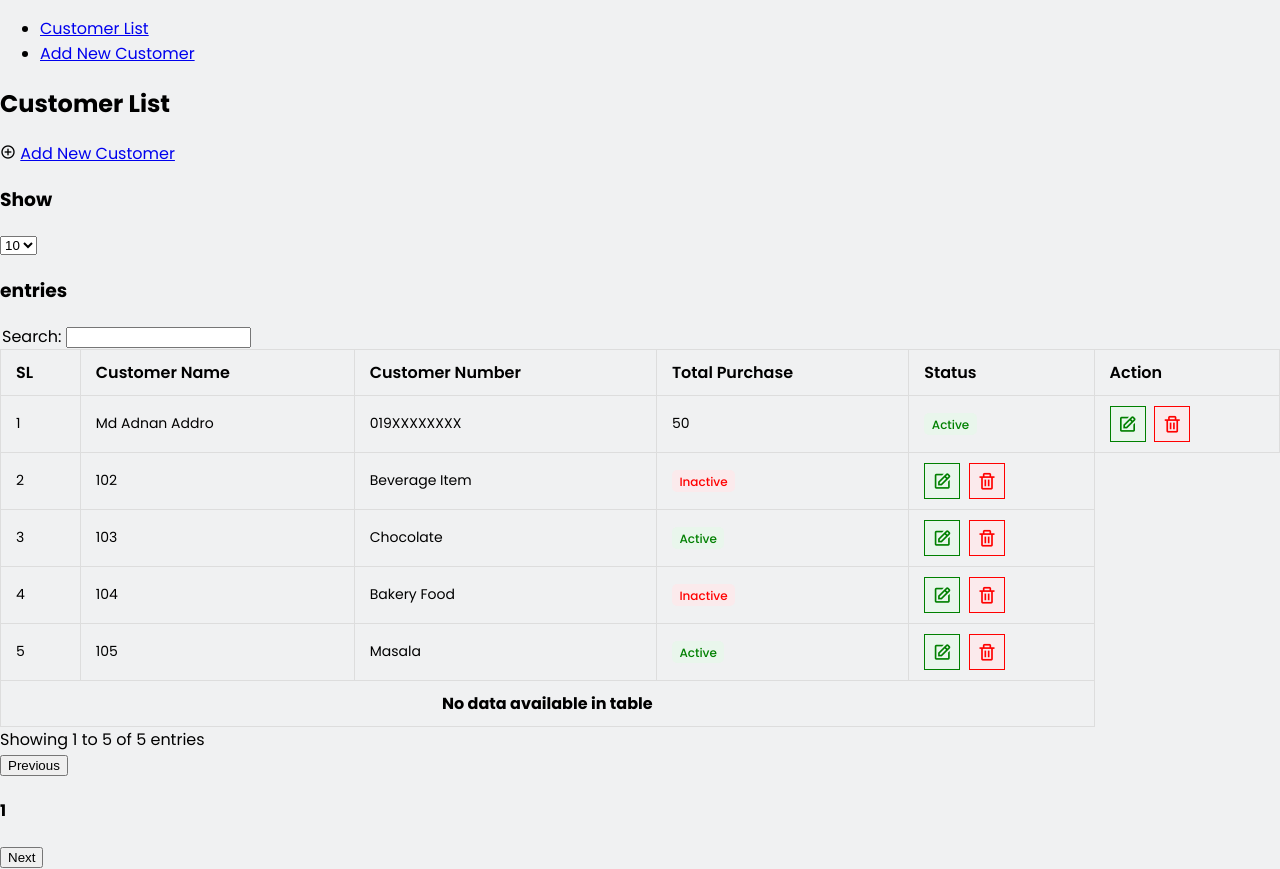
Repository: codebyaddro/customer-page
Page: customer.html
The author's editor kept a copy of each file at every save. The page is drawn from the files as they stood at one save, then again after a run of saves.
The browser window is 1280 px wide. The pictures show the whole page.

Above is the page before, as saved 2025-02-20 13:58:16.

After the next 4 saves:
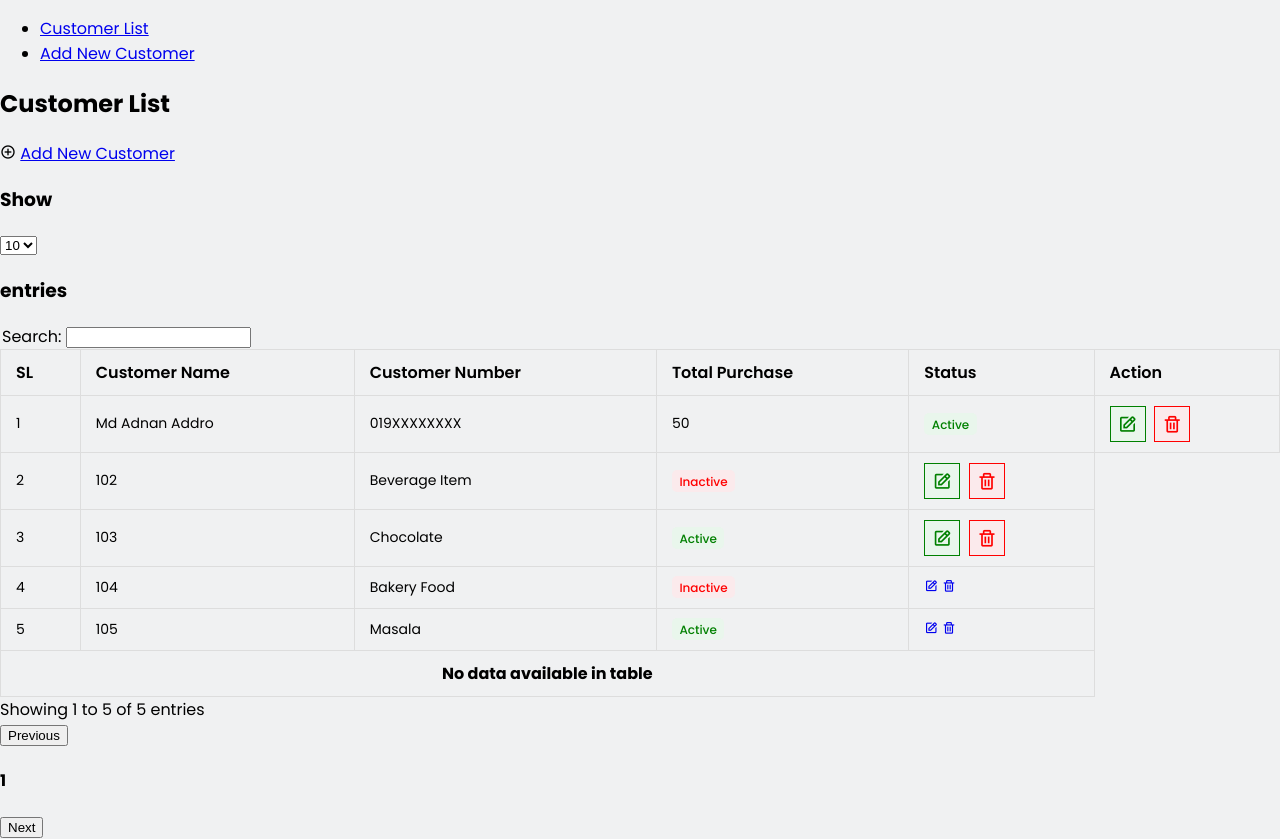
The 4 saves are shown as one change because they came seconds apart.
The last was saved 31 s later.
--- a/customer.html
+++ b/customer.html
@@ -92,8 +92,8 @@
                             <td>Bakery Food</td>
                             <td><span class="inactive">Inactive</span></td>
                             <td>
-                                <a title="Edit" href="#"><i class='edit-icon bx bx-edit'></i></a>
-                                <a title="Delete" href="#"><i class='delete-icon bx bx-trash'></i></a>
+                                <a title="Edit" href="#"><i class='cba-cusc-edit-icon bx bx-edit'></i></a>
+                                <a title="Delete" href="#"><i class='cba-cusc-delete-icon bx bx-trash'></i></a>
                             </td>
                         </tr>
                         <tr>
@@ -102,8 +102,8 @@
                             <td>Masala</td>
                             <td><span class="active">Active</span></td>
                             <td>
-                                <a title="Edit" href="#"><i class='edit-icon bx bx-edit'></i></a>
-                                <a title="Delete" href="#"><i class='delete-icon bx bx-trash'></i></a>
+                                <a title="Edit" href="#"><i class='cba-cusc-edit-icon bx bx-edit'></i></a>
+                                <a title="Delete" href="#"><i class='cba-cusc-delete-icon bx bx-trash'></i></a>
                             </td>
                         </tr>
                         <tr class="cba-cusc-no-data-available">
